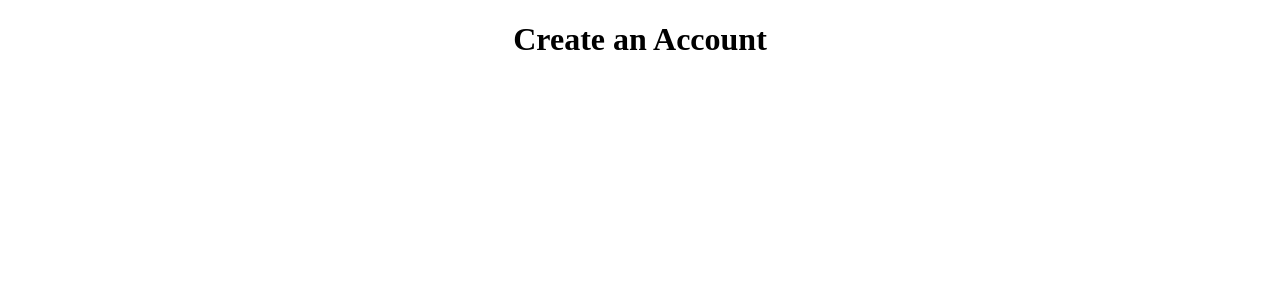
Repository: Rajkumar-Gunasekaran/Amazon-prime
Page: http://localhost/login/createAccount.jsp
An editor plug-in stored every save of this project. The page is shown before and after the next save, followed by the edit.
The browser window is 1280 px wide. The pictures show the whole page.
The page is served by Tomcat 9. Other server files are loaded and not shown.

Above is the page before, as saved 2024-01-26 13:12:29.

### fun/login/src/main/webapp/createAccount.jsp
<%@ page language="java" contentType="text/html; charset=UTF-8" pageEncoding="UTF-8"%>
<!DOCTYPE html>
<html lang="en">
<head>
   <meta charset="UTF-8">
   <meta name="viewport" content="width=device-width, initial-scale=1.0">
   <title>Create Account</title>
</head>
<body>
   <div align="center">
      <h1>Create an Account</h1>
   </div>
   <form action="CreateAccountServlet" method="post">
      <!-- Your create account form fields go here -->
   </form>
</body>
</html>

After the next save:
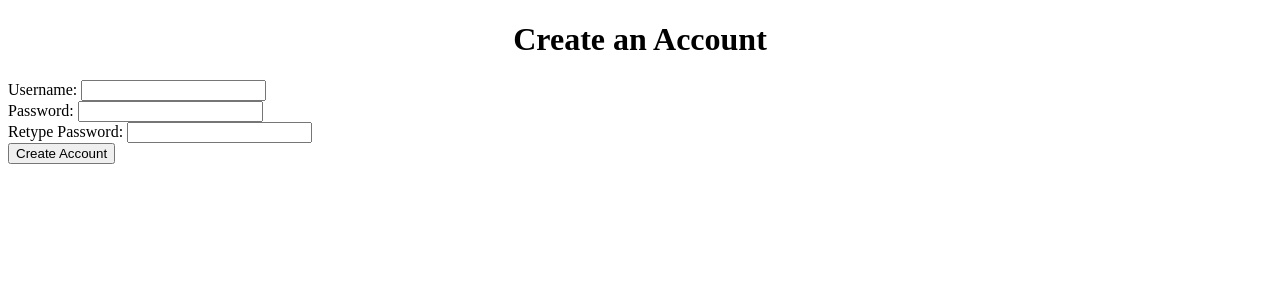
Saved 2 min 31 s later.
--- a/fun/login/src/main/webapp/createAccount.jsp
+++ b/fun/login/src/main/webapp/createAccount.jsp
@@ -5,13 +5,36 @@
    <meta charset="UTF-8">
    <meta name="viewport" content="width=device-width, initial-scale=1.0">
    <title>Create Account</title>
+
+   <script>
+      function validatePassword() {
+         var password = document.getElementById("txtPassword").value;
+         var retypePassword = document.getElementById("txtRetypePassword").value;
+
+         if (password !== retypePassword) {
+            alert("Passwords do not match!");
+            return false;
+         }
+
+         return true;
+      }
+   </script>
 </head>
 <body>
    <div align="center">
       <h1>Create an Account</h1>
    </div>
-   <form action="CreateAccountServlet" method="post">
-      <!-- Your create account form fields go here -->
+   <form action="CreateAccountServlet" method="post" onsubmit="return validatePassword();">
+      <label for="txtUsername">Username:</label>
+      <input type="text" id="txtUsername" name="txtUsername" required><br>
+
+      <label for="txtPassword">Password:</label>
+      <input type="password" id="txtPassword" name="txtPassword" required><br>
+
+      <label for="txtRetypePassword">Retype Password:</label>
+      <input type="password" id="txtRetypePassword" name="txtRetypePassword" required><br>
+
+      <input type="submit" value="Create Account">
    </form>
 </body>
 </html>
